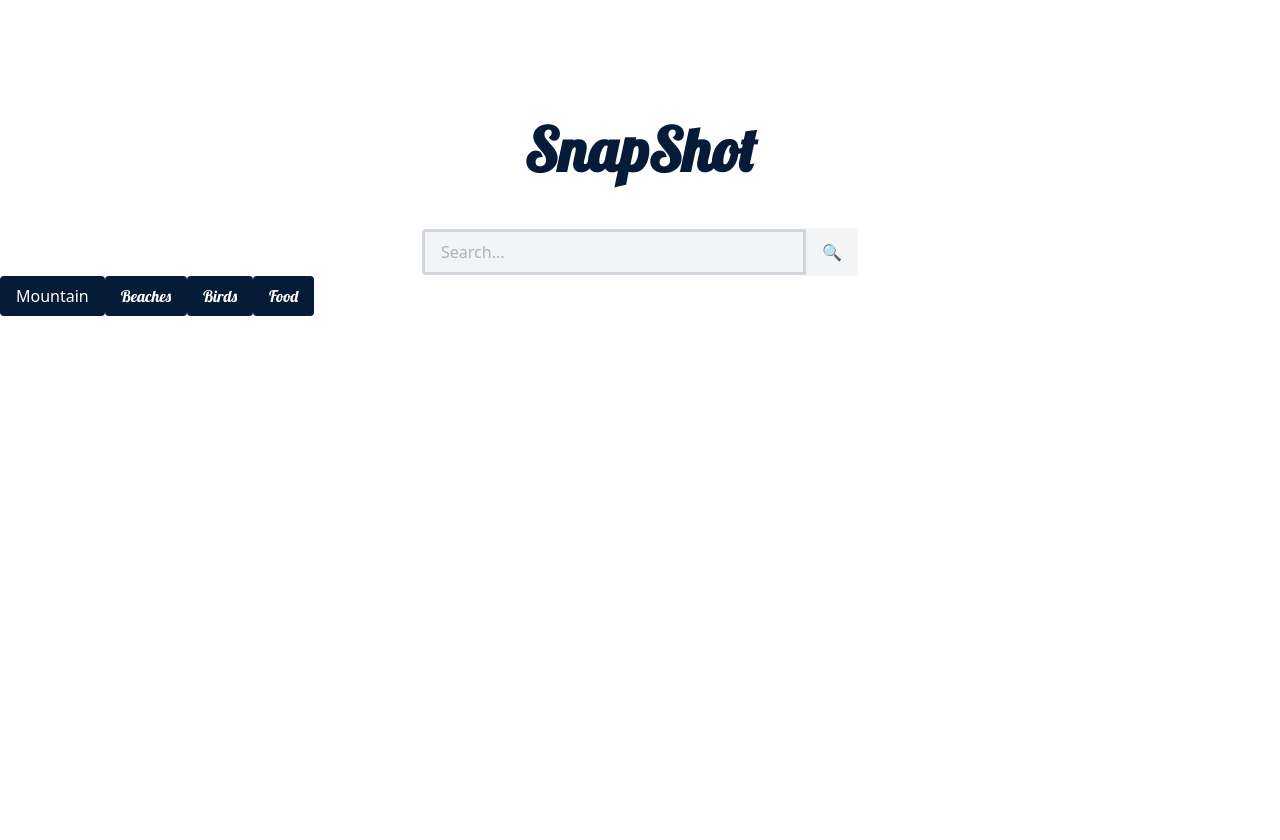
Repository: Alzate1075/P2-GaleriaFotos
Page: /
An editor plug-in stored every save of this project. The page is shown before and after the next save, followed by the edit.
The browser window is 1280 px wide. The pictures show the whole page.
The project was rebuilt for these pictures with package versions that can differ from the ones it lists, and the page was loaded fresh each time. Also part of the build but not shown: vite.config.js.

Above is the page before, as saved 2025-07-03 23:43:40.

After the next save:
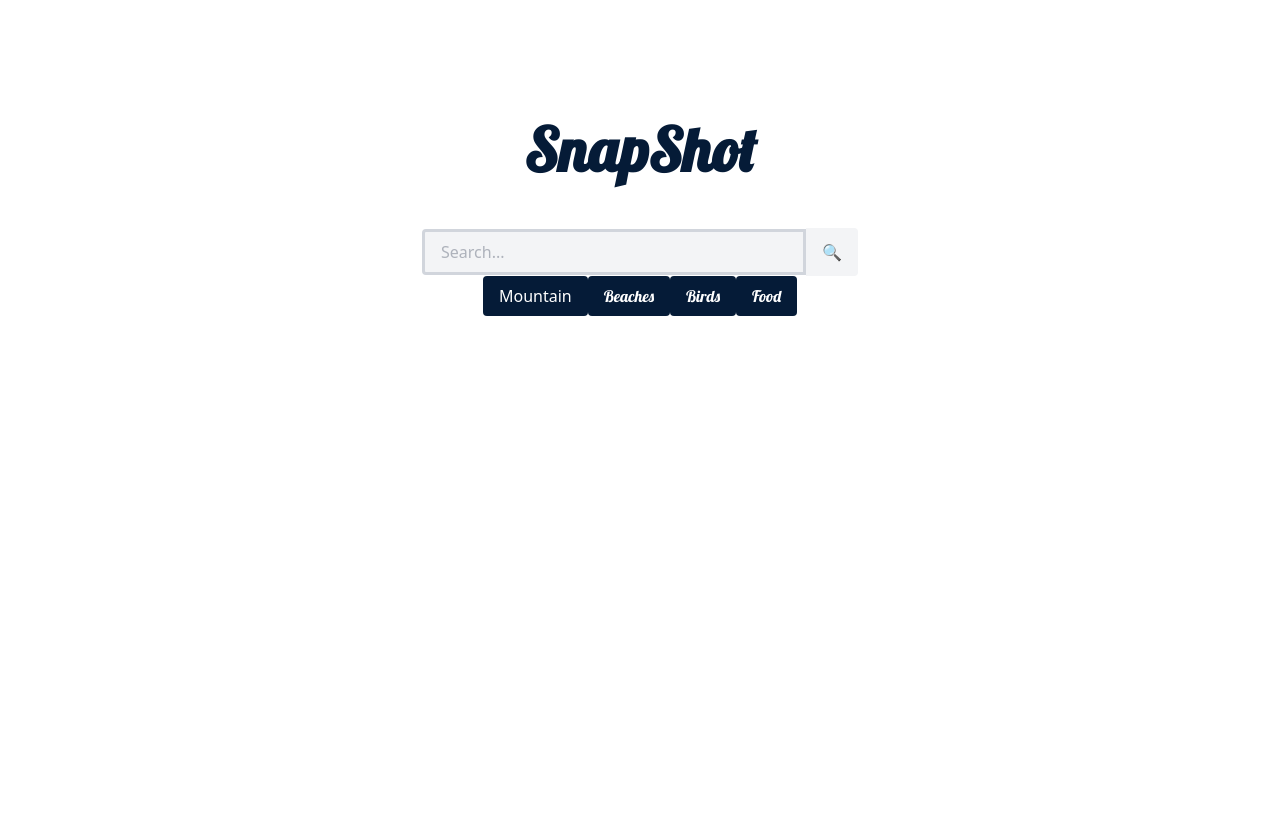
Saved 80 s later.
--- a/src/components/Categorias.jsx
+++ b/src/components/Categorias.jsx
@@ -2,7 +2,7 @@
 
 export default function Categorias() {
   return (
-    <div className="">
+    <div className="flex items-center justify-center">
       <button className="font-sans bg-[#051b37] text-white px-4 py-2 rounded">
         Mountain
       </button>
